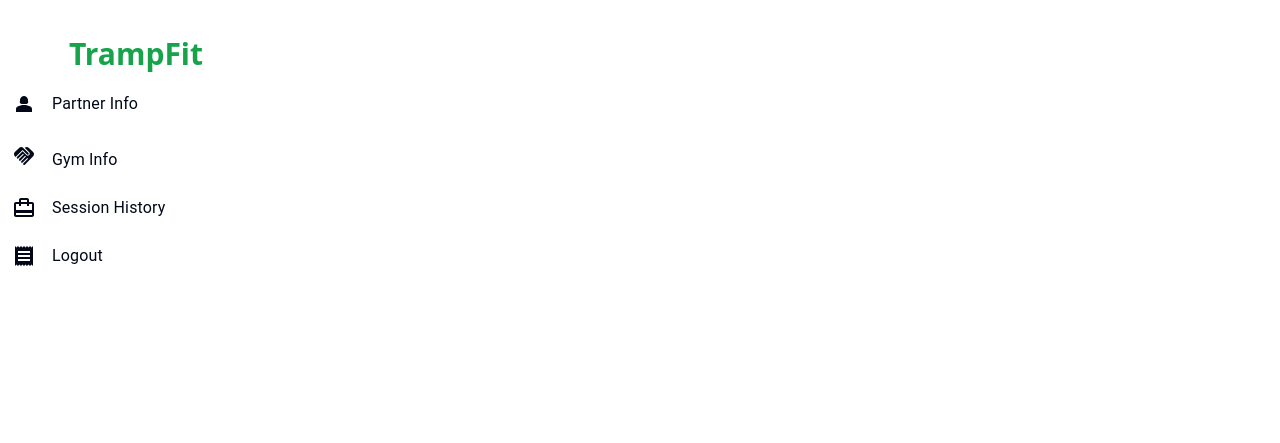
Repository: ezioxatul/TrampFit-Website
Page: /partner/partnerDashboard/gymInfo (app in Frontend/)
These files come from the project's save history. The page is drawn as it stood at one moment and after a run of saves; the edit follows.
The browser window is 1280 px wide. The pictures show the whole page.
The project was rebuilt for these pictures with package versions that can differ from the ones it lists, and the page was loaded fresh each time. The framework's server and built-in components were replaced by stand-ins that run in the browser. Also part of the build but not shown: Frontend/next.config.js, Frontend/next.config.mjs, Frontend/components/Loader.js, Frontend/components/Popup.js.

Above is the page before, as saved 2024-05-16 18:22:18.

### Frontend/pages/_app.js
import Loader from "@/components/Loader";
import "@/styles/globals.css";
import { useRouter } from "next/router";
import { useEffect, useState } from "react";


const Loading = () => {

  return (
    <Loader/>
  );
}

export default function App({ Component, pageProps }) {

  const [loading, setLoading] = useState(false);
  const router = useRouter();

  useEffect(() => {
    const handleStart = () => setLoading(true);
    const handleComplete = () => setLoading(false);

    router.events.on('routeChangeStart', handleStart);
    router.events.on('routeChangeComplete', handleComplete);
    router.events.on('routeChangeError', handleComplete);

    return () => {
      router.events.off('routeChangeStart', handleStart);
      router.events.off('routeChangeComplete', handleComplete);
      router.events.off('routeChangeError', handleComplete);
    };
  }, []);

  return (
    <>
    <div className="h-2">
      {
        loading  &&
          <Loading />

      }
      </div>
          <Component {...pageProps} />

    </>
  );
}

### Frontend/pages/_document.js
import { Html, Head, Main, NextScript } from "next/document";

export default function Document() {
  return (
    <Html lang="en">
          <Head />
          <body>
            <Main />
            <NextScript />
          </body>
        </Html>
        );
}

### Frontend/pages/partner/partnerDashboard/gymInfo.js
import PartnerSideBar from "@/components/PartnerSideBar";

export default function gymInfo(){



    return(
        <>
        <div>
        <PartnerSideBar/>
        </div>



        </>
    )
}

### Frontend/styles/globals.css
@tailwind base;
@tailwind components;
@tailwind utilities;


@layer base {
  :root {
    --background: 0 0% 100%;
    --foreground: 222.2 84% 4.9%;

    --card: 0 0% 100%;
    --card-foreground: 222.2 84% 4.9%;

    --popover: 0 0% 100%;
    --popover-foreground: 222.2 84% 4.9%;

    --primary: 222.2 47.4% 11.2%;
    --primary-foreground: 210 40% 98%;

    --secondary: 210 40% 96.1%;
    --secondary-foreground: 222.2 47.4% 11.2%;

    --muted: 210 40% 96.1%;
    --muted-foreground: 215.4 16.3% 46.9%;

    --accent: 210 40% 96.1%;
    --accent-foreground: 222.2 47.4% 11.2%;

    --destructive: 0 84.2% 60.2%;
    --destructive-foreground: 210 40% 98%;

    --border: 214.3 31.8% 91.4%;
    --input: 214.3 31.8% 91.4%;
    --ring: 222.2 84% 4.9%;

    --radius: 0.5rem;
  }

  .dark {
    --background: 222.2 84% 4.9%;
    --foreground: 210 40% 98%;

    --card: 222.2 84% 4.9%;
    --card-foreground: 210 40% 98%;

    --popover: 222.2 84% 4.9%;
    --popover-foreground: 210 40% 98%;

    --primary: 210 40% 98%;
    --primary-foreground: 222.2 47.4% 11.2%;

    --secondary: 217.2 32.6% 17.5%;
    --secondary-foreground: 210 40% 98%;

    --muted: 217.2 32.6% 17.5%;
    --muted-foreground: 215 20.2% 65.1%;

    --accent: 217.2 32.6% 17.5%;
    --accent-foreground: 210 40% 98%;

    --destructive: 0 62.8% 30.6%;
    --destructive-foreground: 210 40% 98%;

    --border: 217.2 32.6% 17.5%;
    --input: 217.2 32.6% 17.5%;
    --ring: 212.7 26.8% 83.9%;
  }
}

@layer base {
  * {
    @apply border-border;
  }
  body {
    @apply bg-background text-foreground;
  }
}


.outline_remove:focus{


}
.focus-visible\:ring-offset-2:focus-visible{
  border:none !important;
  outline: none !important;
  border-style: none;
}

### Frontend/components/PartnerSideBar.js
import List from '@mui/material/List';
import ListItemButton from '@mui/material/ListItemButton';
import ListItemText from '@mui/material/ListItemText';
import Person2Icon from '@mui/icons-material/Person2';
import HandshakeIcon from '@mui/icons-material/Handshake';
import CardTravelIcon from '@mui/icons-material/CardTravel';
import ReceiptIcon from '@mui/icons-material/Receipt';
import LogoutIcon from '@mui/icons-material/Logout';

import { useState } from 'react';
import Link from 'next/link';
import Popup from './Popup';
import { useRouter } from 'next/router';

export default function PartnerSideBar() {

    let SideBarHeading = ['Partner Info', 'Gym Info', 'Session History', 'Logout'];

    let router = useRouter();
    let [start, setStart] = useState(false);

    const logout = () => {
        setStart(!start);
    }


    const logoutEvent = () => {
        localStorage.removeItem('partnerToken');
        setStart(false);
        router.push('/partner/partnerLogin')
    }
    return (
        <>
            <div className=" w-72  m-[-8px] p-1  mb-10">
                <Link href="#"><h1 className=' text-green-600 text-3xl font-semibold text-center mt-8 cursor-pointer'>TrampFit</h1></Link>

                <List className='bg-white mt-8 ml-6 space-y-2'>
                    {
                        SideBarHeading.map((text, index) => {
                            return (
                                index === 1 ?
                                    <>

                                        <ListItemButton className=' space-x-4 flex justify-between hover:bg-green-100 hover:rounded-2xl hover:text-green-600'>
                                            <Link href="/partner/partnerDashboard/gymInfo" className='flex space-x-4 '>
                                                <HandshakeIcon className='text-2xl' />
                                                <ListItemText primary={text} />
                                            </Link>
                                        </ListItemButton>

                                    </> :
                                    index === 0 ?
                                        <Link href="/partner/partnerDashboard/partnerInfo">
                                            <ListItemButton className=' space-x-4 hover:bg-green-100 hover:rounded-2xl hover:text-green-600'>
                                                <Person2Icon className='text-2xl' />
                                                <ListItemText primary={text} />
                                            </ListItemButton>
                                        </Link> :
                                        index === 2 ?
                                            <Link href="#">
                                                <ListItemButton className=' space-x-4 hover:bg-green-100 hover:rounded-2xl hover:text-green-600'>
                                                    <CardTravelIcon className='text-2xl' />
                                                    <ListItemText primary={text} />
                                                </ListItemButton>
                                            </Link> :
                                            index === 3 ?
                                                <Link href="#">
                                                    <ListItemButton className=' space-x-4 hover:bg-green-100 hover:rounded-2xl hover:text-green-600'>
                                                        <ReceiptIcon className='text-2xl' />
                                                        <ListItemText primary={text} />
                                                    </ListItemButton>
                                                </Link> :
                                                <ListItemButton className=' space-x-4 hover:bg-green-100 hover:rounded-2xl hover:text-green-600' onClick={logout}>
                                                    <LogoutIcon className='text-2xl' />
                                                    <ListItemText primary={text} />
                                                    <Popup open={start} title={"Do you Really want to Logout?"} cancel="Cancel" logout="Logout" logoutEvent={logoutEvent} cancelEvent={logout} />
                                                </ListItemButton>
                            )
                        })
                    }
                </List>
            </div>
        </>
    );
}

### Frontend/tailwind.config.js
/** @type {import('tailwindcss').Config} */
module.exports = {
  darkMode: ["class"],
  content: [
    './pages/**/*.{js,jsx}',
    './components/**/*.{js,jsx}',
    './app/**/*.{js,jsx}',
    './src/**/*.{js,jsx}',
  ],
  prefix: "",
  theme: {
    container: {
      center: true,
      padding: "2rem",
      screens: {
        "2xl": "1400px",
      },
    },
    extend: {fontFamily: {
      play: ["Play", "sans-serif"],
    },
      colors: {
        border: "hsl(var(--border))",
        input: "hsl(var(--input))",
        ring: "hsl(var(--ring))",
        background: "hsl(var(--background))",
        foreground: "hsl(var(--foreground))",
        primary: {
          DEFAULT: "hsl(var(--primary))",
          foreground: "hsl(var(--primary-foreground))",
        },
        secondary: {
          DEFAULT: "hsl(var(--secondary))",
          foreground: "hsl(var(--secondary-foreground))",
        },
        destructive: {
          DEFAULT: "hsl(var(--destructive))",
          foreground: "hsl(var(--destructive-foreground))",
        },
        muted: {
          DEFAULT: "hsl(var(--muted))",
          foreground: "hsl(var(--muted-foreground))",
        },
        accent: {
          DEFAULT: "hsl(var(--accent))",
          foreground: "hsl(var(--accent-foreground))",
        },
        popover: {
          DEFAULT: "hsl(var(--popover))",
          foreground: "hsl(var(--popover-foreground))",
        },
        card: {
          DEFAULT: "hsl(var(--card))",
          foreground: "hsl(var(--card-foreground))",
        },
      },
      borderRadius: {
        lg: "var(--radius)",
        md: "calc(var(--radius) - 2px)",
        sm: "calc(var(--radius) - 4px)",
      },
      keyframes: {
        "accordion-down": {
          from: { height: "0" },
          to: { height: "var(--radix-accordion-content-height)" },
        },
        "accordion-up": {
          from: { height: "var(--radix-accordion-content-height)" },
          to: { height: "0" },
        },
      },
      animation: {
        "accordion-down": "accordion-down 0.2s ease-out",
        "accordion-up": "accordion-up 0.2s ease-out",
      },
    },
  },
  plugins: [require("tailwindcss-animate")],
}

Loaded but not shown: Frontend/components/ui/input.jsx (common file); Frontend/components/ui/label.jsx (common file); Frontend/lib/utils.js (common file)

After the next 2 saves:
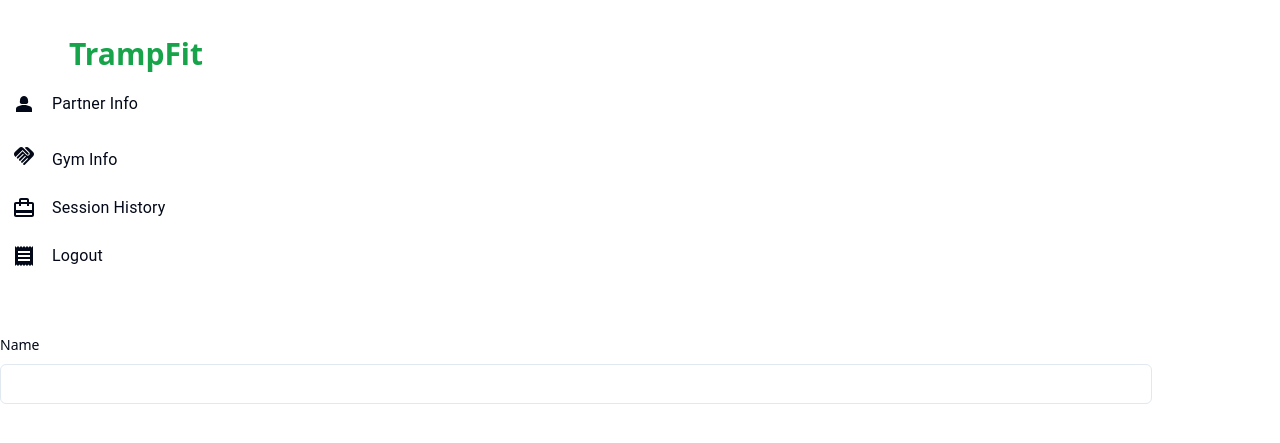
The 2 saves are shown as one change because 1 did not build or start.
The last was saved 100 s later.
--- a/Frontend/pages/partner/partnerDashboard/gymInfo.js
+++ b/Frontend/pages/partner/partnerDashboard/gymInfo.js
@@ -1,17 +1,19 @@
 import PartnerSideBar from "@/components/PartnerSideBar";
+import { Input } from "@/components/ui/input";
+import { Label } from "@/components/ui/label";
 
-export default function gymInfo(){
-
-
-
-    return(
-        <>
-        <div>
-        <PartnerSideBar/>
+export default function gymInfo() {
+  return (
+    <>
+      <div>
+        <PartnerSideBar />
+        <div className="mr-32 space-y-2">
+          <Label htmlFor="name">
+            Name
+          </Label>
+          <Input type="text"  />
         </div>
-
-
-
-        </>
-    )
+      </div>
+    </>
+  );
 }
